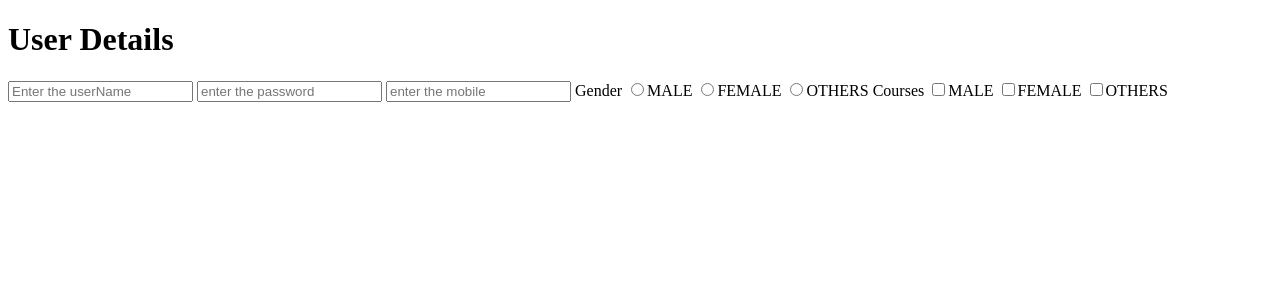
Repository: Nitin-Kalshetty/Training_Java
Page: http://localhost/usertaglibrary/controller.do
An editor plug-in stored every save of this project. The page is shown before and after the next save, followed by the edit.
The browser window is 1280 px wide. The pictures show the whole page.
The page is served by Tomcat 9.

Above is the page before, as saved 2023-05-28 10:29:20.

After the next save:
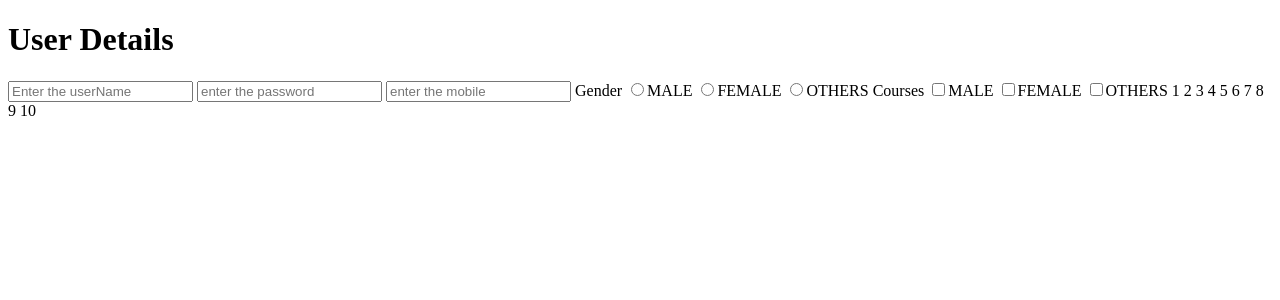
Saved 97 s later.
--- a/usertaglibrary/src/main/webapp/register.jsp
+++ b/usertaglibrary/src/main/webapp/register.jsp
@@ -25,8 +25,8 @@
 <input type="checkbox" name="gender" value="others" />OTHERS
 
 
-<c:forEach step="1" begin="1" end="10">
-	${step}
+<c:forEach step="1" begin="1" end="10" var="gg">
+	${gg}
 </c:forEach>
 
 
